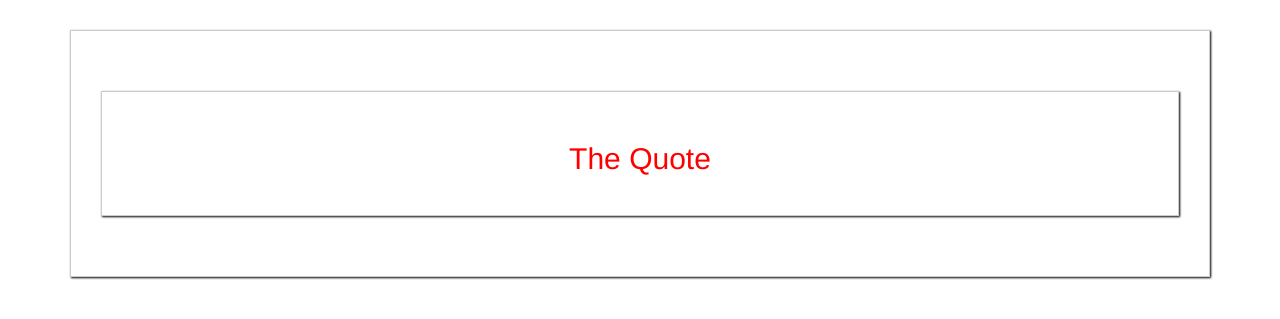
Repository: wojkos/Learn
Page: / (app in Vue/module9/)
An editor plug-in stored every save of this project. The page is shown before and after the next save, followed by the edit.
The browser window is 1280 px wide. The pictures show the whole page.
The project was rebuilt for these pictures with package versions that can differ from the ones it lists, and the page was loaded fresh each time. Also part of the build but not shown: Vue/module9/webpack.config.js.

Above is the page before, as saved 2018-04-26 16:56:51.

After the next save:
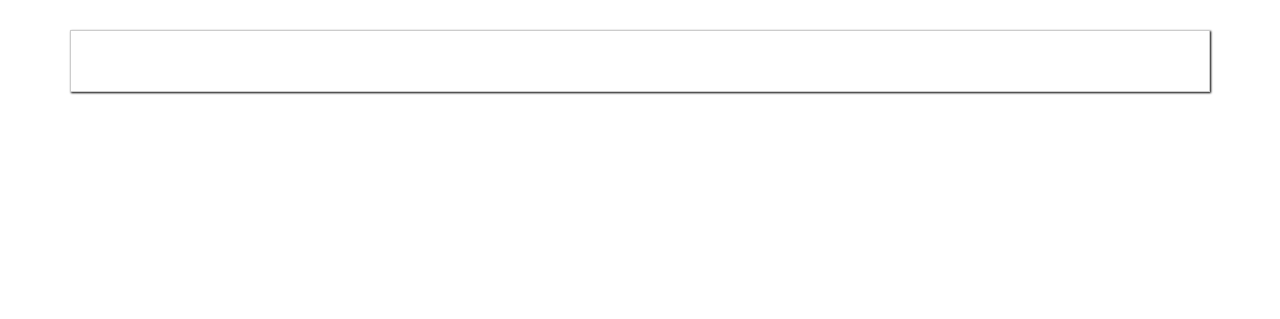
Saved 22 s later.
--- a/Vue/module9/src/App.vue
+++ b/Vue/module9/src/App.vue
@@ -3,10 +3,7 @@
         <div class="row">
             <div class="col-xs-12">
                <appQuote>
-                   <div class="title">
                     <h2 slot="title">{{ quoteTitle }}</h2>
-
-                   </div>
                     <p slot="content">Time is change...</p>
                </appQuote>
             </div>
